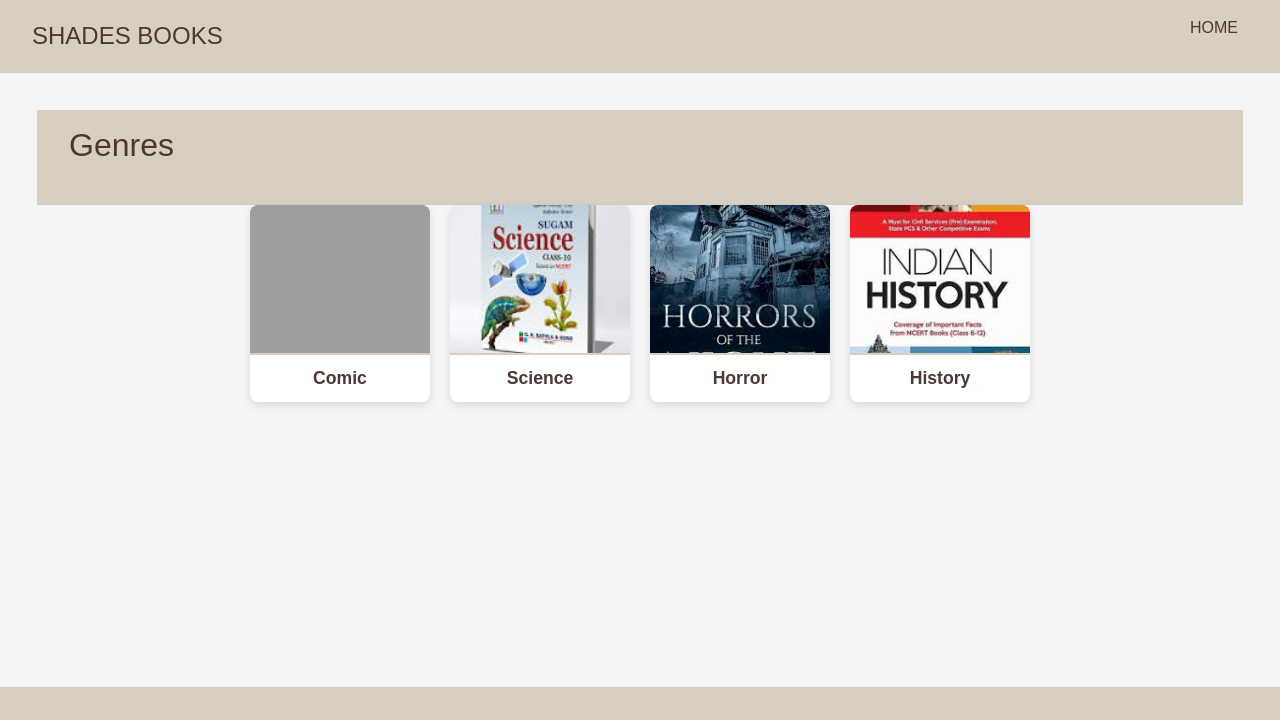
Repository: Harishsuresh-kumar/Library-Web
Page: WORK SITE/rough.html
These files come from the project's save history. The page is drawn as it stood at one moment and after a run of saves; the edit follows.
The browser window is 1280 px wide. The pictures show the whole page.
Pictures or frames that could not be fetched are drawn as grey boxes.

Above is the page before, as saved 2024-11-06 23:23:38.

After the next 4 saves:
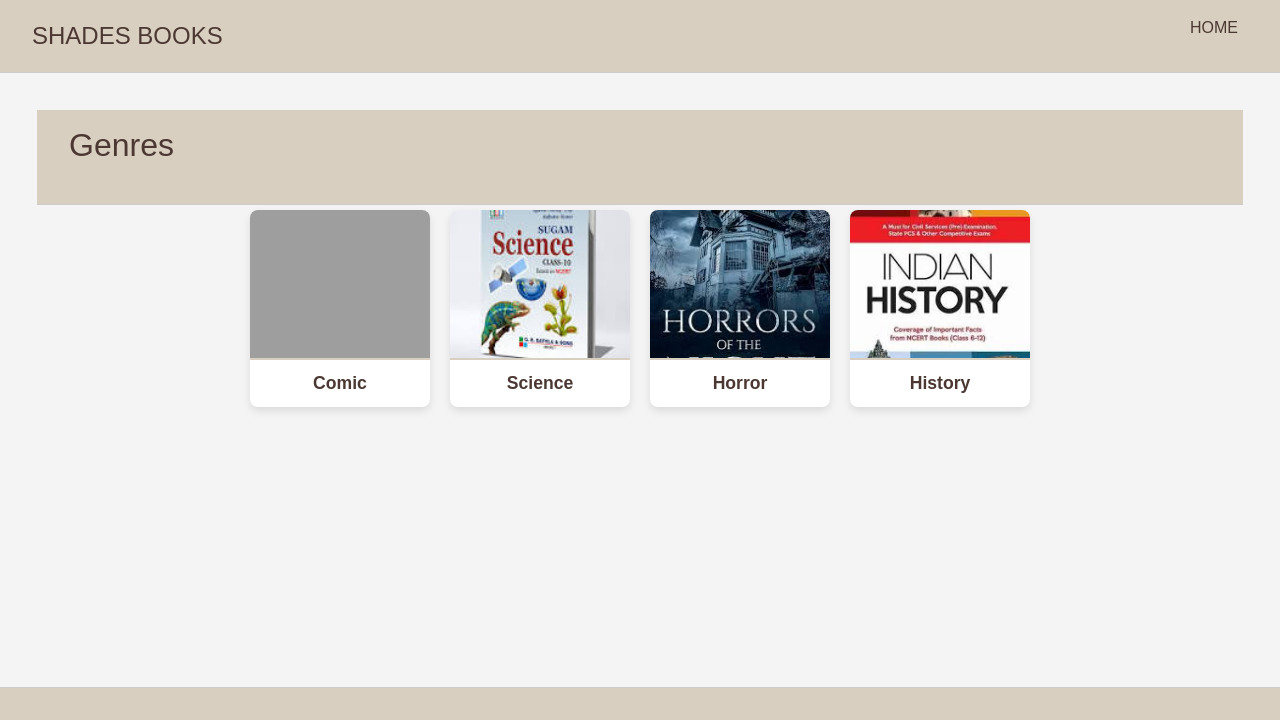
The 4 saves are shown as one change because they came seconds apart.
The last was saved 28 s later.
--- a/WORK SITE/rough.css
+++ b/WORK SITE/rough.css
@@ -77,7 +77,8 @@
     display: flex;
     flex-wrap: wrap;
     justify-content: center;
-    gap: 20px; /* Add spacing between genres */
+    gap: 20px;
+    margin: 5px;/* Add spacing between genres */
 }
 
 .genre-card {

After the 2 saves that followed:
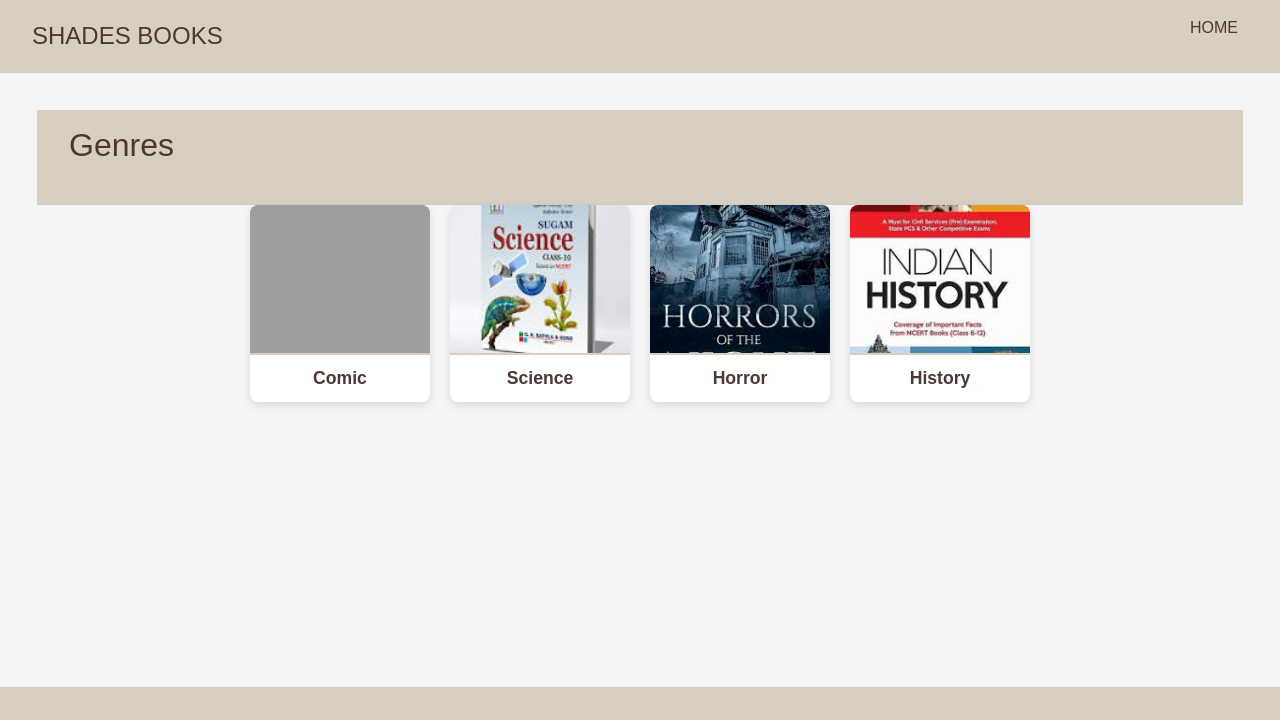
The 2 saves are shown as one change because they came seconds apart.
The last was saved 11 s later.
--- a/WORK SITE/rough.css
+++ b/WORK SITE/rough.css
@@ -78,7 +78,7 @@
     flex-wrap: wrap;
     justify-content: center;
     gap: 20px;
-    margin: 5px;/* Add spacing between genres */
+    margin-bottom: 5px;/* Add spacing between genres */
 }
 
 .genre-card {
